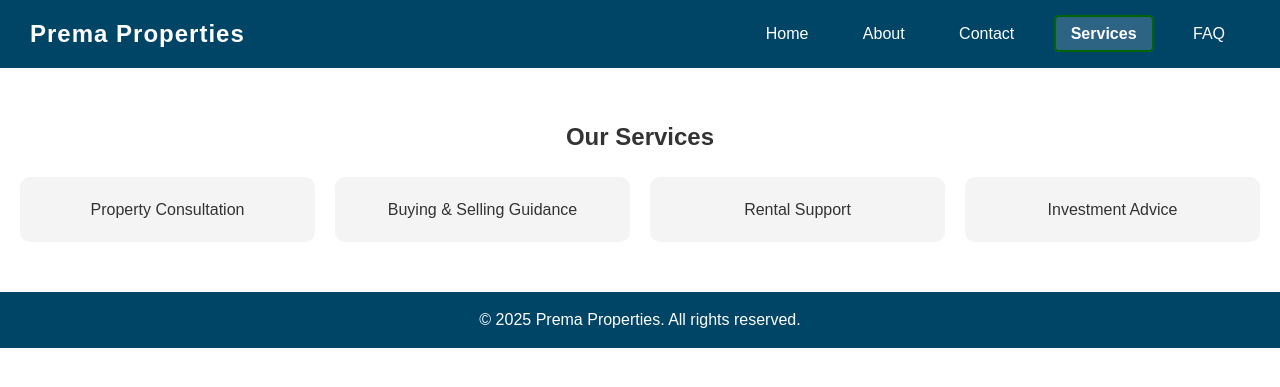
Repository: mnqobiMenzi/Prema-Properties
Page: services.html
These files come from the project's save history. The page is drawn as it stood at one moment and after the next save; the edit follows.
The browser window is 1280 px wide. The pictures show the whole page.

Above is the page before, as saved 2025-10-04 08:54:49.

After the next save:
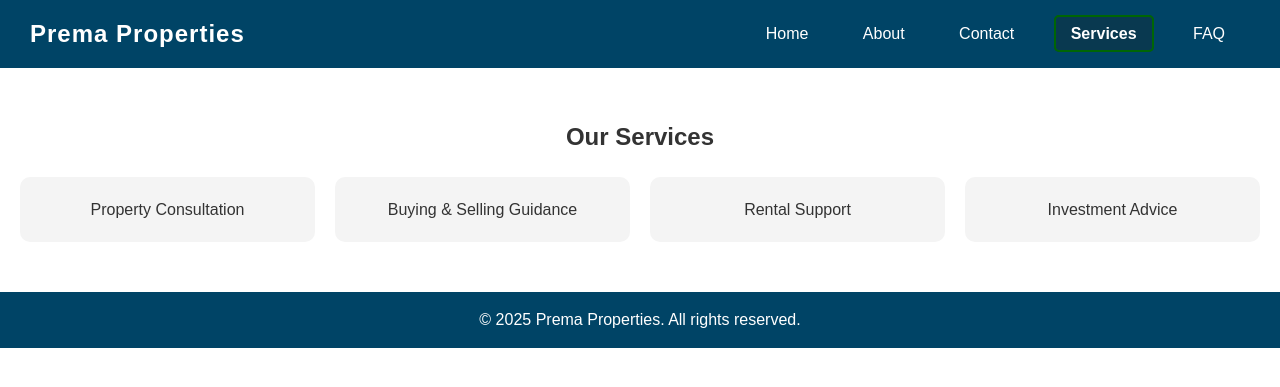
Saved 15 s later.
--- a/CSS/style.css
+++ b/CSS/style.css
@@ -50,7 +50,7 @@ header nav a:hover {
 }
 /* Active link */
 header nav a.active {
-  background: rgba(150, 170, 200, 0.3);
+  background: rgba(32, 32, 32, 0.3);
   font-weight: bold;
   border: 2px solid #006605;
 }
